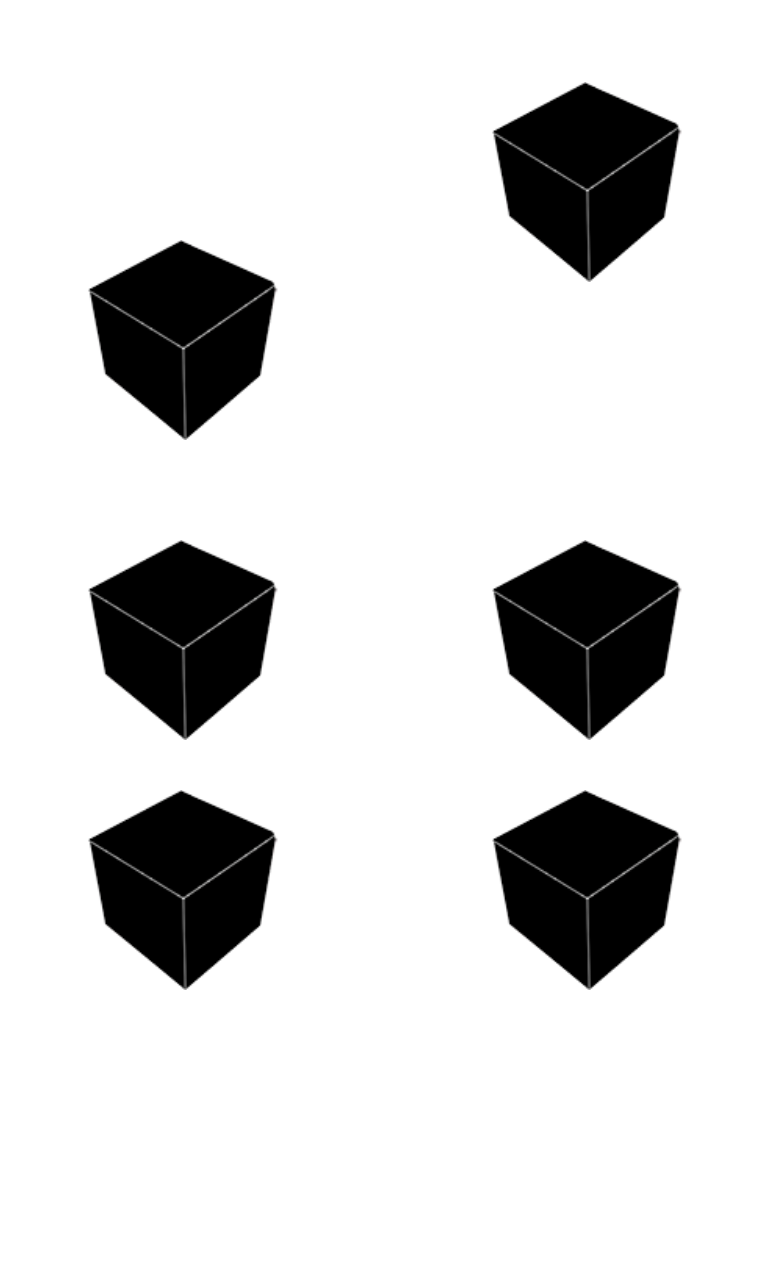
Repository: DSKarramba/university
Layout: models_and_methods_ICS/lab_01/code/calc/res/layout/activity_main.xml
These files come from the project's save history. The layout is drawn as it stood at one moment and after a run of saves; the edit follows.
It is drawn on a 768 x 1280 px phone screen (xhdpi) without system bars, with theme AppTheme; the app's code is not run.

Above is the layout before, as saved 2014-12-11 03:39:11.

After the next 2 saves:
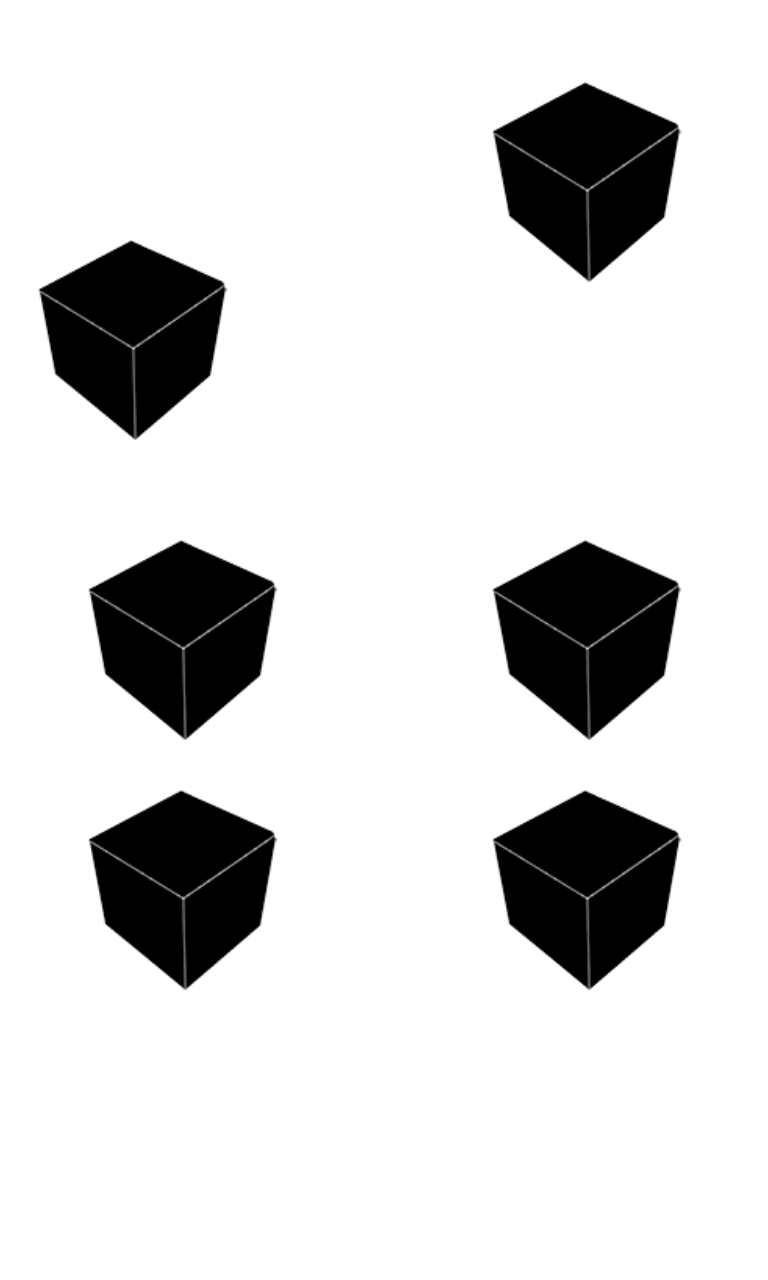
The 2 saves are shown as one change because they came seconds apart.
The last was saved 12 s later.
--- a/models_and_methods_ICS/lab_01/code/calc/res/layout/activity_main.xml
+++ b/models_and_methods_ICS/lab_01/code/calc/res/layout/activity_main.xml
@@ -15,7 +15,7 @@
         android:layout_height="100dp"
         android:layout_alignParentLeft="true"
         android:layout_above="@+id/img3"
-        android:layout_marginLeft="25dp"
+        android:layout_marginRight="50dp"
         android:layout_marginBottom="50dp"
         android:background="@android:color/transparent"
         android:contentDescription="@string/str_box"
